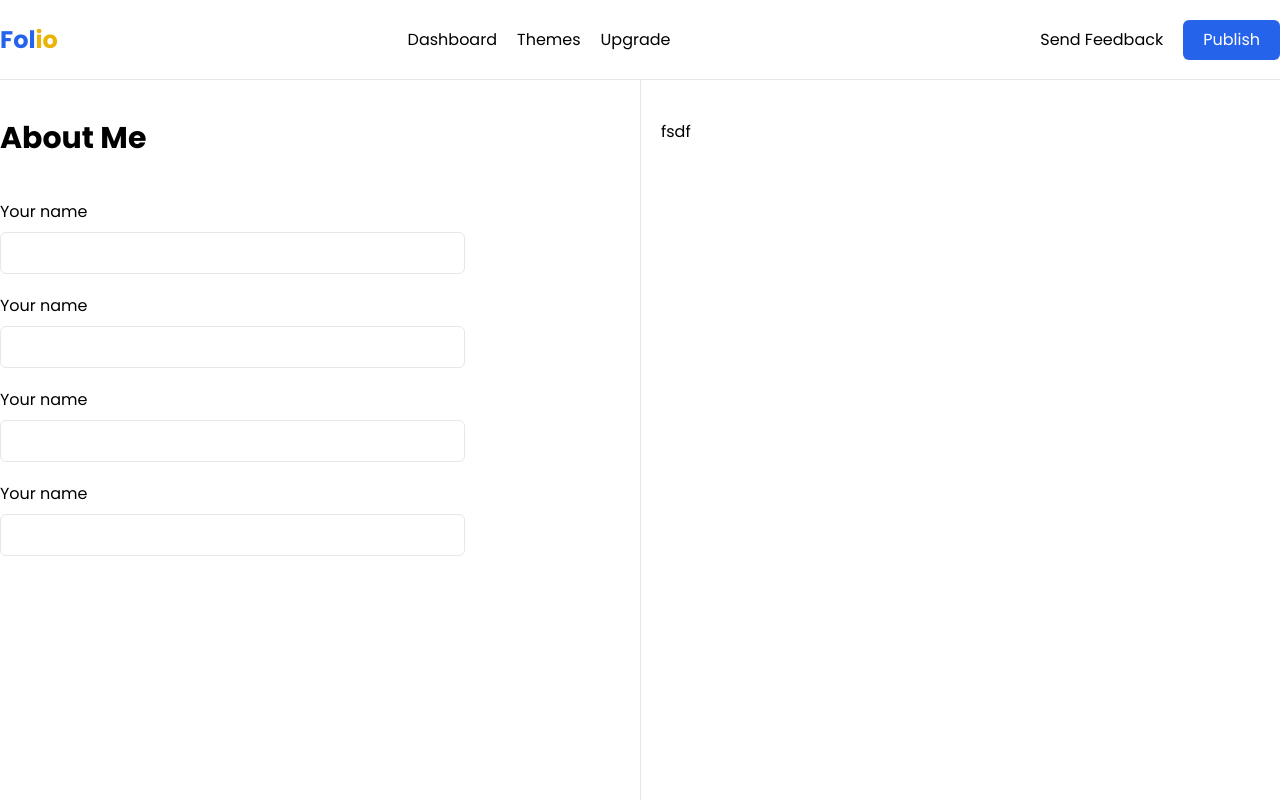
Repository: langford-dev/follio
Page: /
These files come from the project's save history. The page is drawn as it stood at one moment and after the next save; the edit follows.
The browser window is 1280 px wide. The pictures show the whole page.
The project was rebuilt for these pictures with package versions that can differ from the ones it lists, and the page was loaded fresh each time. The framework's server and built-in components were replaced by stand-ins that run in the browser. Also part of the build but not shown: next.config.js, components/pageView.js.

Above is the page before, as saved 2022-03-19 10:56:26.

### pages/_app.js
import { AppProvider } from '../context/context'
import '../styles/globals.css'

function MyApp({ Component, pageProps }) {
  return <AppProvider>
    <Component {...pageProps} />
  </AppProvider>
}

export default MyApp

### pages/index.js
import EditView from '../components/body'
import Header from '../components/header'

export default function Home() {
  return <div>
    <Header />
    <EditView />
  </div>
}

### context/context.js
import { createContext, useEffect } from "react"

export const AppContext = createContext()

export const AppProvider = ({ children }) => {
    return <AppContext.Provider>
        {children}
    </AppContext.Provider>
}

### styles/globals.css
@import url('https://fonts.googleapis.com/css2?family=Poppins:wght@300;400;500;600;700;800&display=swap');

@tailwind base;
@tailwind components;
@tailwind utilities;


html,
body {
  /* background: #e2e8f013; */
  padding: 0;
  margin: 0;
}

a {
  color: inherit;
  text-decoration: none;
}

* {
  box-sizing: border-box;
  font-family: "Poppins", -apple-system, BlinkMacSystemFont, Segoe UI, Roboto, Oxygen,
    Ubuntu, Cantarell, Fira Sans, Droid Sans, Helvetica Neue, sans-serif;
}

### components/body.js
import PageView from "./pageView"

const styles = {
    pageView: `m-auto max-w-screen-xl h-screen pt-20`,
    title: `text-3xl font-bold`,
    flexView: `flex h-screen`,
    editingView: `w-1/2 p-5 pt-10 pl-0`,
    preview: `border-l w-1/2 p-5 pt-10`,
    inputContainer: `flex flex-col mt-5`,
    input: `border p-2 outline-none mt-2 w-9/12 rounded-md`,
    label: ``
}

const EditView = () => {
    return <div className={styles.pageView}>
        <div className={styles.flexView}>
            <div className={styles.editingView}>
                <p className={styles.title}>About Me</p><br />
                <div className={styles.inputContainer}>
                    <label className={styles.label}>Your name</label>
                    <input type="text" className={styles.input} />
                </div>
                <div className={styles.inputContainer}>
                    <label className={styles.label}>Your name</label>
                    <input type="text" className={styles.input} />
                </div>
                <div className={styles.inputContainer}>
                    <label className={styles.label}>Your name</label>
                    <input type="text" className={styles.input} />
                </div>
                <div className={styles.inputContainer}>
                    <label className={styles.label}>Your name</label>
                    <input type="text" className={styles.input} />
                </div>
            </div>
            <div className={styles.preview}>fsdf</div>
        </div>
    </div>
}

export default EditView

### components/header.js
import Link from "next/link"
import Logo from "./logo"

const styles = {
    header: `border-b h-20 bg-white fixed w-screen top-0 left-0`,
    headerWrapper: `m-auto max-w-screen-xl h-full flex items-center justify-between`,
    button: `bg bg-blue-600 text-white h-10 px-5 flex items-center justify-center rounded-md cursor-pointer`,
    nav: `flex`,
    navLink: `mr-5 hover:text-blue-600 cursor-pointer`,
}

const Header = () => {
    return <header className={styles.header}>
        <div className={styles.headerWrapper}>
            <Logo />
            <nav className={styles.nav}>
                <Link passHref={true} href="/"><p className={styles.navLink}>Dashboard</p></Link>
                <Link passHref={true} href="/"><p className={styles.navLink}>Themes</p></Link>
                <Link passHref={true} href="/"><p className={styles.navLink}>Upgrade</p></Link>
            </nav>
            <div className="flex items-center">
                <p className="mr-5">Send Feedback</p>
                <div className={styles.button}>Publish</div>
            </div>
        </div>
    </header>
}

export default Header

### components/logo.js
const Logo = () => {
    return <p className="font-bold text-2xl text-blue-600">Fol<span className="text-yellow-500">io</span></p>
}

export default Logo

Loaded but not shown: tailwind.config.js (common file)

After the next save:
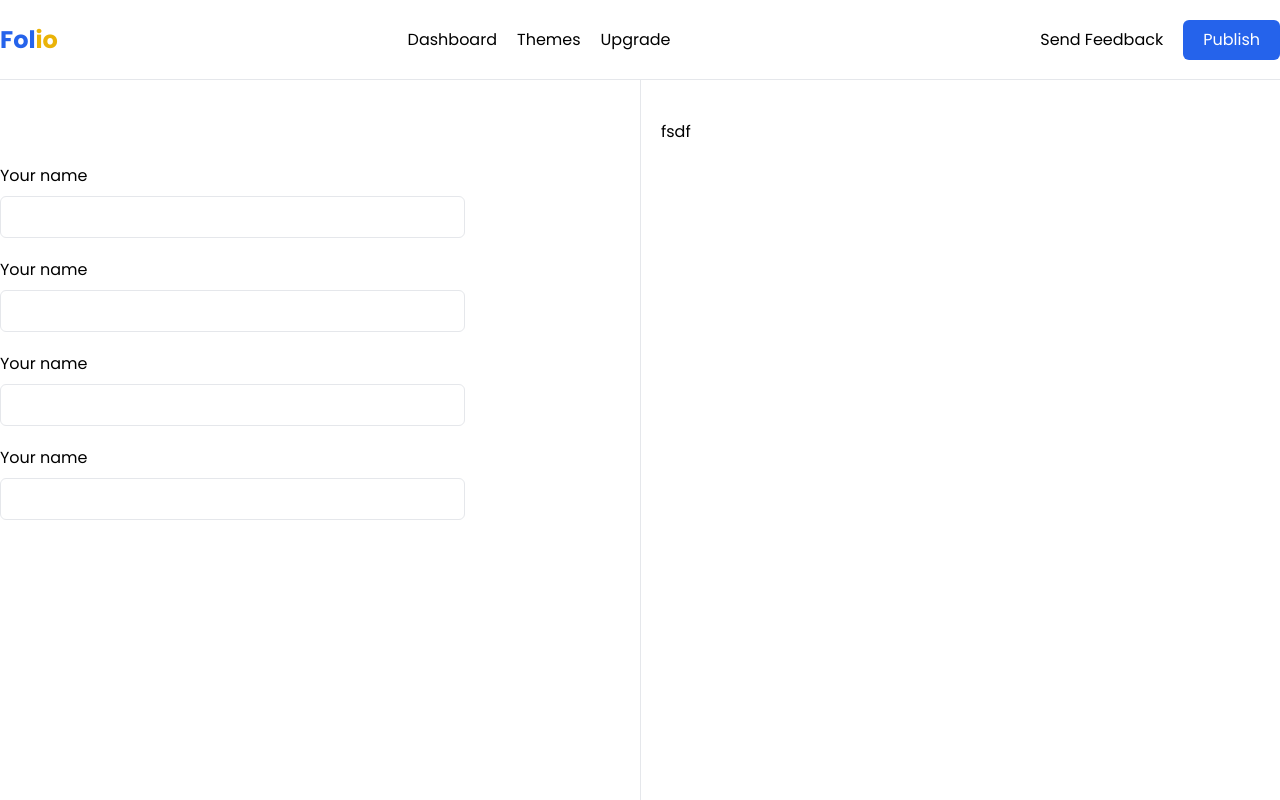
Saved 14 s later.
--- a/components/body.js
+++ b/components/body.js
@@ -15,7 +15,7 @@ const EditView = () => {
     return <div className={styles.pageView}>
         <div className={styles.flexView}>
             <div className={styles.editingView}>
-                <p className={styles.title}>About Me</p><br />
+                <br />
                 <div className={styles.inputContainer}>
                     <label className={styles.label}>Your name</label>
                     <input type="text" className={styles.input} />
